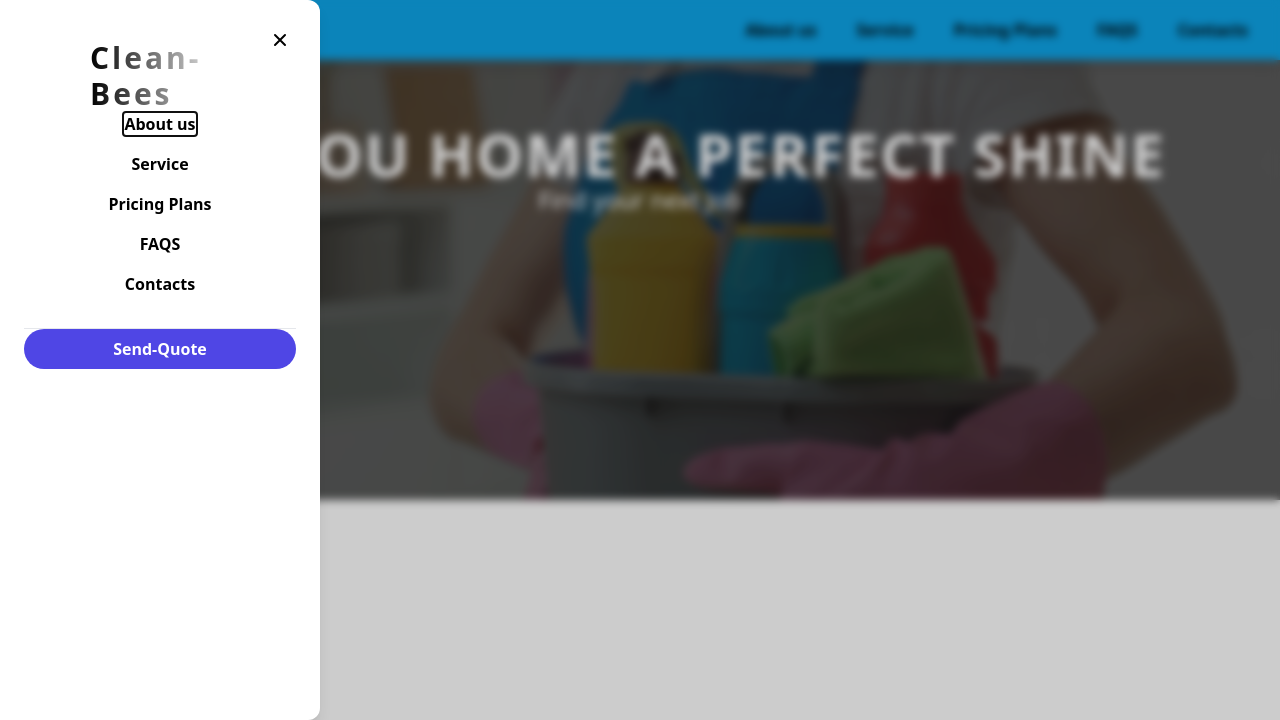
Repository: remydev47/cleanbees
Page: /
These files come from the project's save history. The page is drawn as it stood at one moment and after the next save; the edit follows.
The browser window is 1280 px wide. The pictures show the whole page.
The project was rebuilt for these pictures with package versions that can differ from the ones it lists, and the page was loaded fresh each time. The framework's server and built-in components were replaced by stand-ins that run in the browser. Also part of the build but not shown: next.config.js.

Above is the page before, as saved 2022-09-15 20:49:08.

### pages/_app.tsx
import '../styles/globals.css'
import type { AppProps } from 'next/app'
import { Header } from '../components/Header'


function MyApp({ Component, pageProps }: AppProps) {
  return (
    <>
      <Header />
      <Component {...pageProps} />
    </>

    )
}

export default MyApp

### pages/index.tsx
import type { NextPage } from 'next'
import Head from 'next/head'
import Image from 'next/image'
import Hero from '../components/Hero'

const Home: NextPage = () => {
  return (
    <div className="">
      <Head>
        <title>CleanBees</title>
        <link rel="icon" href="/favicon.ico" />
      </Head>
      <Hero />
      <h1>CleanBees</h1>
    </div>
  )
}

export default Home

### components/Header.tsx
import { navLinks } from "../constants"
import { MenuPopOver } from "./MenuPopover"
import Logo from "./Logo"
import Image from "next/image"
import { title } from "process"

export const Header = () => {
    return(
        <>
          <header className={styles.container}>
           <div className='flex grow-0 basis-1/3 md:hidden'>
             <MenuPopOver />
          </div>
          <div className='flex grow-0 basis-1/3 justify-center md:justify-start'>
            <Logo />
           </div>
           <ul className="list-none sm:flex hidden justify-end items-center flex-1">
            {navLinks.map((nav, index) => (
                <li
                key={nav.id}
                className={`font-poppins font-extrabold cursor-pointer text-[16px]
                  ${index === navLinks.length - 1 ? 'mr-0' : 'mr-10'}
                 text-black `}
                >
                    <a>{nav.title}</a>
                </li>
            ))}
           </ul>

          </header>
        </>
    )
}

const styles ={
    container:`sticky bg-[#0ea5e9] inset-x-0 top-0 z-20 flex items-center justify-between py-2 px-2 shadow-lg dark:bg-slate-900 sm:py-3 sm:px-8`
}

### components/Hero.tsx
import React from 'react'
import Image from 'next/image'


const Hero = () => {
  return (
    <>
      <section className='relative h-[640px] w-full  bg-blue-500 sm:h-[55vh] md:h-[440px]'>
        <Image
          src="/img/pixel-cleaner2.jpg"
          layout='fill'
          objectFit='cover'
        />
        <div className="absolute inset-0 bg-neutral-900/70">
        <div className='mx-4 mt-16 flex flex-col items-center text-center '>
                <h1 className={styles.innerbanner}>
                    Give you Home a Perfect Shine
                </h1>
                <span className='text-xl text-white sm:text-2xl'>
                    Find your next Job
                </span>

              </div>
        </div>
      </section>

    </>
  )
}

export default Hero;
const styles ={

    innerbanner:`text-3xl font-extrabold uppercase tracking-wide text-white sm:text-4xl md:text-5xl lg:text-6xl`,
}

### constants/index.ts

export const navLinks =[
    {
     id:"aboutus",
     title:"About us"
    },
    {
        id:"services",
        title:"Service"
    },
    {
        id:"pricingplans",
        title:"Pricing Plans"
    },
    {
        id:"faqs",
        title:"FAQS"
    },
    {
        id:"contacts",
        title:"Contacts"
    },
]

### components/MenuPopover.tsx
import React, { useState, Fragment } from 'react'
import { IconButton } from './Button'
import { Transition, Dialog }  from '@headlessui/react';
import Link from 'next/link';
import Logo from './Logo';
import { Button } from './Button';
//import { ThemeSelect } from './ThemeToogle';
import { navLinks } from '../constants';

export const MenuPopOver = () => {
    const [isOpen, setIsOpen] = useState(true)

    return(
      <div>
        <IconButton
          variant='ghost'
          aria-label='menu'
          onClick={() => setIsOpen(!isOpen)}
        >
          <svg className='h-6 w-6 ' fill='none' stroke='currentColor'>
            <path
              strokeLinecap='round'
              strokeLinejoin='round'
              strokeWidth={2}
              d='M4 6h16M4 12h16M4 18h16'
            />
          </svg>
        </IconButton>
        <Transition
          show={isOpen}
          appear
          as={Fragment}
          enter='transform transition ease-in-out duration-300'
          enterFrom='-translate-x-full'
          enterTo='translate-x-0'
          leave='transform transition ease-in-out duration-300 delay-200'
          leaveFrom='translate-x-0'
          leaveTo='-translate-x-full'
        >
         <Dialog
           as='div'
           className={`fixed inset-0 z-50`}
           onClose={setIsOpen}
           open={isOpen}
           >
           <Transition.Child
             as={Fragment}
             enter='ease-out duration-300 delay-300'
             enterFrom='opacity-0'
             enterTo='opacity-100'
             leave='ease-in duration-200'
             leaveFrom='opacity-100'
             leaveTo='opacity-0'
           >

            <Dialog.Overlay
              className={`fixed inset-0 bg-black/20 backdrop-blur-sm dark:bg-gray-900/80`}
             />
          </Transition.Child>
           <div className={styles.dialogcontainer}>
            <a className='mx-auto mt-4 flex w-[140px] '>
              <Logo />
            </a>
            <ul
                className={styles.navWrapper2}
             >
                {navLinks.map((nav, index) => (
                    <li
                     key={nav.id}
                     className={`font-poppins font-bold cursor-pointer text-[16px]
                      ${index === navLinks.length - 1 ? 'mr-0' : 'mb-4'}
                      text-black `}
                    >
                     <a href={`#${nav.id}`}>
                        {nav.title}
                     </a>
                    </li>
                 ))}
             </ul>
            {/* <div className='mt-0 border-t border-gray-200 pt-6 dark:border-gray-200/10'>

            </div> */}
            <ul className='mt-8 space-y-3 border-t border-gray-200 dark:border-gray-200/10'>
              <li>
               <Button fullWidth>
                   Send-Quote
               </Button>
              </li>

            </ul>
            <IconButton
              variant='ghost'
              aria-label='close menu'
              className='absolute top-5 right-5'
              onClick={() => setIsOpen(false)}
            >
              <svg
                viewBox='0 0 10 10'
                className='h-2.5 w-2.5 overflow-visible'
                aria-hidden='true'
              >
                <path
                    d='M0 0L10 10M10 0L0 10'
                    fill='none'
                    stroke='currentColor'
                    strokeWidth='2'
                    strokeLinecap='round'
                  />
              </svg>
            </IconButton>
           </div>
         </Dialog>
        </Transition>
      </div>
    )
  }

const styles ={
    dialogcontainer:`fixed top-0 bottom-0 left-0 w-full max-w-xs rounded-r-xl bg-white p-6 shadow-lg dark:bg-gray-800`,
    menuitems:`group relative flex h-9 items-center oveflow-hidden rounded-md hover:bg-slate-200/50`,
    navWrapper2:`list-none flex flex-col justify-end items-center flex-1`,
}

### components/Logo.tsx
import React from 'react';


const Logo  = () => {
  return (
    <span className={`bg-gradient-to-r from-black to-[#fff] bg-clip-text align-middle text-3xl font-black tracking-widest text-transparent hover:text-green-400`}>
        Clean-Bees
    </span>
  )
}

export default Logo;

### components/Button/index.tsx
import React, { forwardRef } from 'react';
//import { __DEV__ } from '../../utils/assertions'

type BaseButtonProps = Omit<React.HTMLProps<HTMLButtonElement>, "size">;

/* === Button Element === */

export interface ButtonProps extends BaseButtonProps {
  children: React.ReactNode;
  fullWidth?: boolean;
  className?: string;
  variant?: "solid" | "outline" | "ghost";
  size?: "sm" | "md" | "lg";
  as?: string;
  isExternal?: boolean;
  type?: "button" | "submit" | "reset";
}

export const Button = forwardRef<HTMLButtonElement, ButtonProps>(
  (
    {
      children,
      variant = "solid",
      size = "md",
      fullWidth = false,
      className,
      as = "button",
      isExternal = false,
      ...rest
    },
    ref
  ) => {
    let tempClassNames: string[] = [];

    const sharedClasses = [
      "capitalize",
      "focus:outline-none",
      "focus:ring-2",
      "focus:ring-indigo-400",
      "focus:ring-offset-2",
      "focus:ring-offset-indigo-50",
      "font-semibold",
      "rounded-full",
      "inline-flex",
      "flex-shrink-0",
      "items-center",
      "justify-center",
      "transition-colors",
      "ease-in-out",
      "duration-500",
    ];

    if (fullWidth) sharedClasses.push("w-full");

    // handle variants
    let btnSolid = ["bg-indigo-600", "hover:bg-indigo-700", "text-white"];
    let btnOutline = [
      "dark:text-white",
      "hover:text-yellow-700",
      "hover:dark:text-yellow-800",
      "bg-transparent",
      "hover:bg-indigo-50",
      "border",
      "border-indigo-600",
    ];
    let btnGhost = [
      "bg-transparent",
      "dark:text-white",
      "hover:bg-indigo-50",
      "hover:text-indigo-700",
      "hover:dark:text-indigo-700",
    ];

    if (variant === "solid") {
      tempClassNames = [...sharedClasses, ...btnSolid];
    } else if (variant === "outline") {
      tempClassNames = [...sharedClasses, ...btnOutline];
    } else if (variant === "ghost") {
      tempClassNames = [...sharedClasses, ...btnGhost];
    }

    // handle sizes
    let sizeSm = ["h-8", "px-2", "text-sm"];
    let sizeMd = ["h-10", "px-3"];
    let sizeLg = ["h-12", "px-4", "text-lg"];

    if (size === "sm") {
      tempClassNames = [...tempClassNames, ...sizeSm];
    } else if (size === "md") {
      tempClassNames = [...tempClassNames, ...sizeMd];
    } else if (size === "lg") {
      tempClassNames = [...tempClassNames, ...sizeLg];
    }

    let classes = tempClassNames.join(" ");

    let Element = as ? (
      React.createElement(
        as,
        {
          className: `${classes} ${className}`,
          target: isExternal ? "_blank" : undefined,
          rel: isExternal ? "noopener noreferrer" : undefined,
          ref,
          ...rest,
        },
        children
      )
    ) : (
      <button {...rest} className={`${classes} ${className}`} ref={ref}>
        {children}
      </button>
    );

    return Element;
  }
);

// if (__DEV__) {
//   Button.displayName = "Button";
// }

/* === IconButton Element === */

export interface IconButtonProps extends ButtonProps {
  icon?: React.ReactElement;
  "aria-label": string;
}

export const IconButton = forwardRef<HTMLButtonElement, IconButtonProps>(
  (
    {
      children,
      icon,
      className,
      "aria-label": ariaLabel,
      size = "md",
      ...rest
    },
    ref
  ) => {
    let sharedClasses = ["rounded-full", "!px-0"];

    // handle sizes
    let sizeSm = ["w-8"];
    let sizeMd = ["w-10"];
    let sizeLg = ["w-12"];

    if (size === "sm") {
      sharedClasses = [...sharedClasses, ...sizeSm];
    } else if (size === "md") {
      sharedClasses = [...sharedClasses, ...sizeMd];
    } else if (size === "lg") {
      sharedClasses = [...sharedClasses, ...sizeLg];
    }

    /**
     * Passing the icon as prop or children should work
     */
    const element = icon || children;
    const _children = React.isValidElement(element)
      ? React.cloneElement(element as any, {
          "aria-hidden": true,
          focusable: false,
        })
      : null;

    let classes = sharedClasses.join(" ");
    return (
      <Button
        className={`${classes} ${className}`}
        aria-label={ariaLabel}
        size={size}
        {...rest}
        ref={ref}
      >
        {_children}
      </Button>
    );
  }
);

// if (__DEV__) {
//   IconButton.displayName = "IconButton";
// }

Loaded but not shown: styles/globals.css (common file); tailwind.config.js (common file)

After the next save:
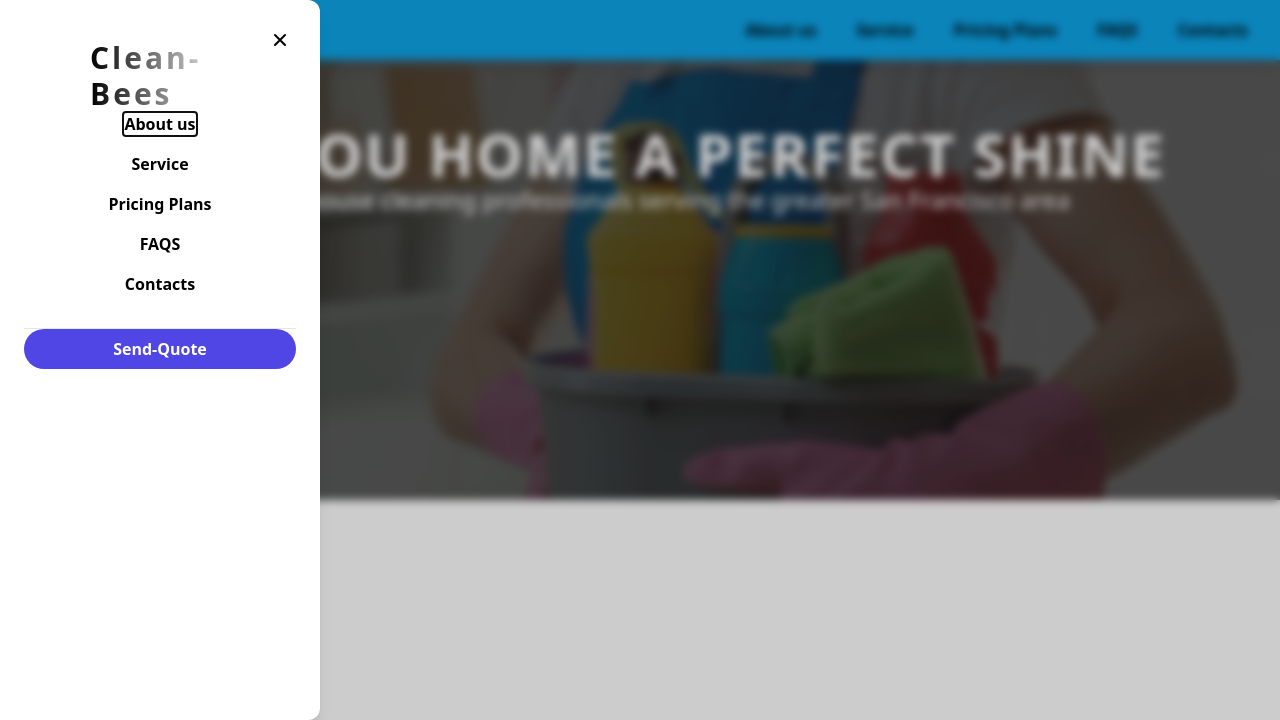
Saved 86 s later.
--- a/components/Hero.tsx
+++ b/components/Hero.tsx
@@ -17,7 +17,7 @@ const Hero = () => {
                     Give you Home a Perfect Shine
                 </h1>
                 <span className='text-xl text-white sm:text-2xl'>
-                    Find your next Job
+                    Reliable house cleaning professionals serving the greater San Francisco area
                 </span>
 
               </div>
